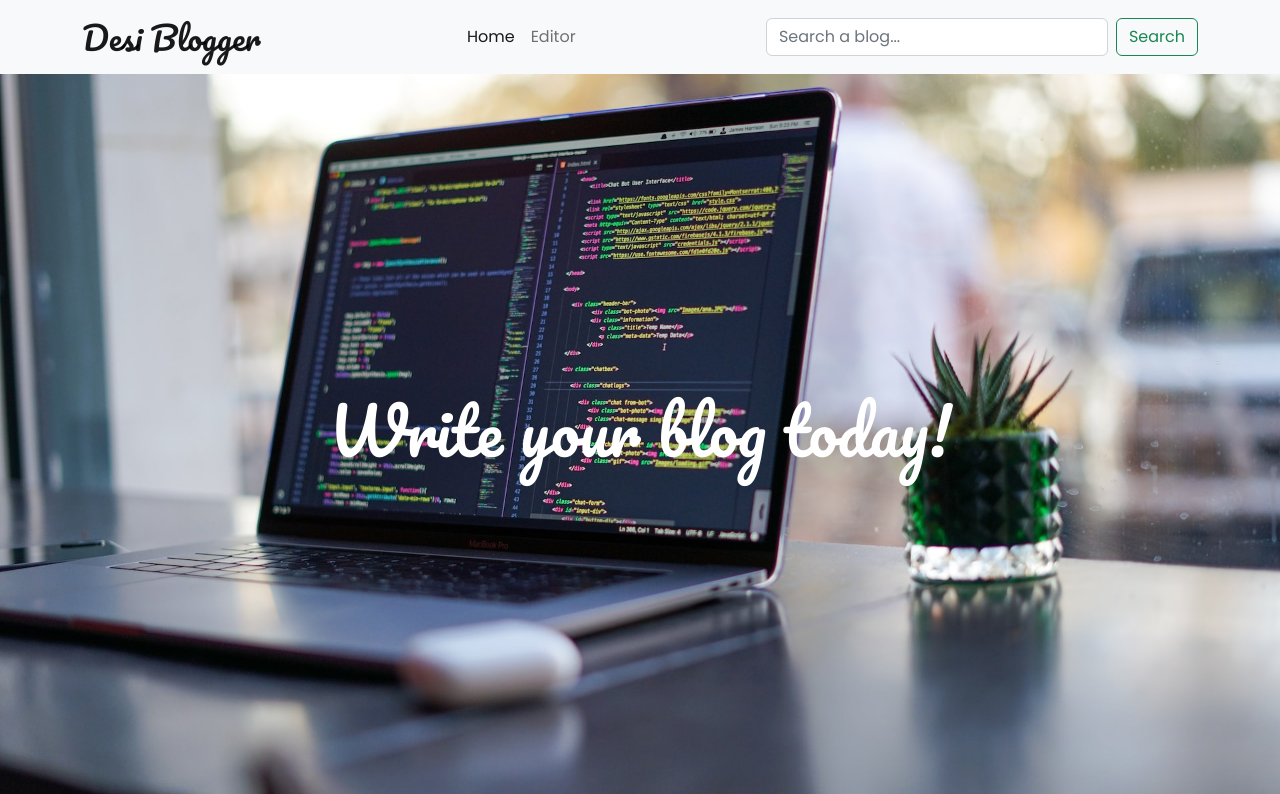
Repository: badhon252/Desi_Blogger
Page: public/home.html
An editor plug-in stored every save of this project. The page is shown before and after the next save, followed by the edit.
The browser window is 1280 px wide. The pictures show the whole page.

Above is the page before, as saved 2022-11-15 19:41:26.

### public/home.html
<!DOCTYPE html>
<html lang="en">

<head>
    <meta charset="UTF-8">
    <meta http-equiv="X-UA-Compatible" content="IE=edge">
    <meta name="viewport" content="width=device-width, initial-scale=1.0">

    <!-- favicon  -->
    <link rel="icon" sizes="180x180" href="./img/favicon_io/android-chrome-192x192.png">

    <!-- bs-5 link -->
    <link rel="stylesheet" href="https://cdn.jsdelivr.net/npm/bootstrap@5.2.2/dist/css/bootstrap.min.css">
    <!-- custom css  -->
    <link rel="stylesheet" href="css/home.css">
    <!-- fonts  -->
    <link rel="preconnect" href="https://fonts.googleapis.com">
    <link rel="preconnect" href="https://fonts.gstatic.com" crossorigin>
    <link href="https://fonts.googleapis.com/css2?family=Poppins:wght@400;500;600;700;800;900&display=swap"
        rel="stylesheet">
    <title>Desi-Blogger</title>
</head>

<body>
    <header id="header">
        <nav class="navbar navbar-expand-lg bg-light">
            <div class="container">
                <a class="navbar-brand" href="#">Desi Blogger</a>
                <button class="navbar-toggler" type="button" data-bs-toggle="collapse"
                    data-bs-target="#navbarSupportedContent" aria-controls="navbarSupportedContent"
                    aria-expanded="false" aria-label="Toggle navigation">
                    <span class="navbar-toggler-icon"></span>
                </button>
                <div class="collapse navbar-collapse" id="navbarSupportedContent">
                    <ul class="navbar-nav m-auto mb-2 mb-lg-0">
                        <li class="nav-item">
                            <a class="nav-link active" href="#">Home</a>
                        </li>
                        <li class="nav-item">
                            <a class="nav-link" href="#">Editor</a>
                        </li>

                    </ul>
                    <form class="d-flex" role="search">
                        <input class="form-control me-2" type="search" placeholder="Search a blog..."
                            aria-label="Search">
                        <button class="btn btn-outline-success" type="submit">Search</button>
                    </form>
                </div>
            </div>
        </nav>
        <section class="header-content">
            <h1>Write your blog today!</h1>
        </section>
    </header>

    <script src="https://cdn.jsdelivr.net/npm/bootstrap@5.2.2/dist/js/bootstrap.bundle.min.js"></script>
</body>

</html>

### public/css/home.css
@import url("https://fonts.googleapis.com/css2?family=Pacifico&display=swap");
* {
  margin: 0;
  padding: 0;
  box-sizing: border-box;
}

body {
  font-family: "Poppins", sans-serif;
  background-image: repeating-linear-gradient(
      45deg,
      rgb(255, 255, 255) 0px,
      rgb(255, 255, 255) 10px,
      transparent 10px,
      transparent 11px
    ),
    repeating-linear-gradient(
      135deg,
      rgb(255, 255, 255) 0px,
      rgb(255, 255, 255) 10px,
      transparent 10px,
      transparent 11px
    ),
    linear-gradient(90deg, rgba(213, 211, 217, 0.33), rgba(213, 211, 217, 0.33));
  position: relative;
}
::selection {
  background: #1b1b1b;
  color: #fff;
}

.navbar-brand {
  font-family: "Pacifico", cursive;
  font-size: 2rem;
}

.header-content {
  width: 100%;
  height: calc(100vh);
  background-image: url(../img/header-img.jpg);
  background-size: cover;
  display: flex;
  justify-content: center;
  align-items: center;
}

.header-content h1 {
  font-size: 4rem;
  color: #fff;
  text-align: center;
  font-family: "Pacifico", cursive;
}

After the next save:
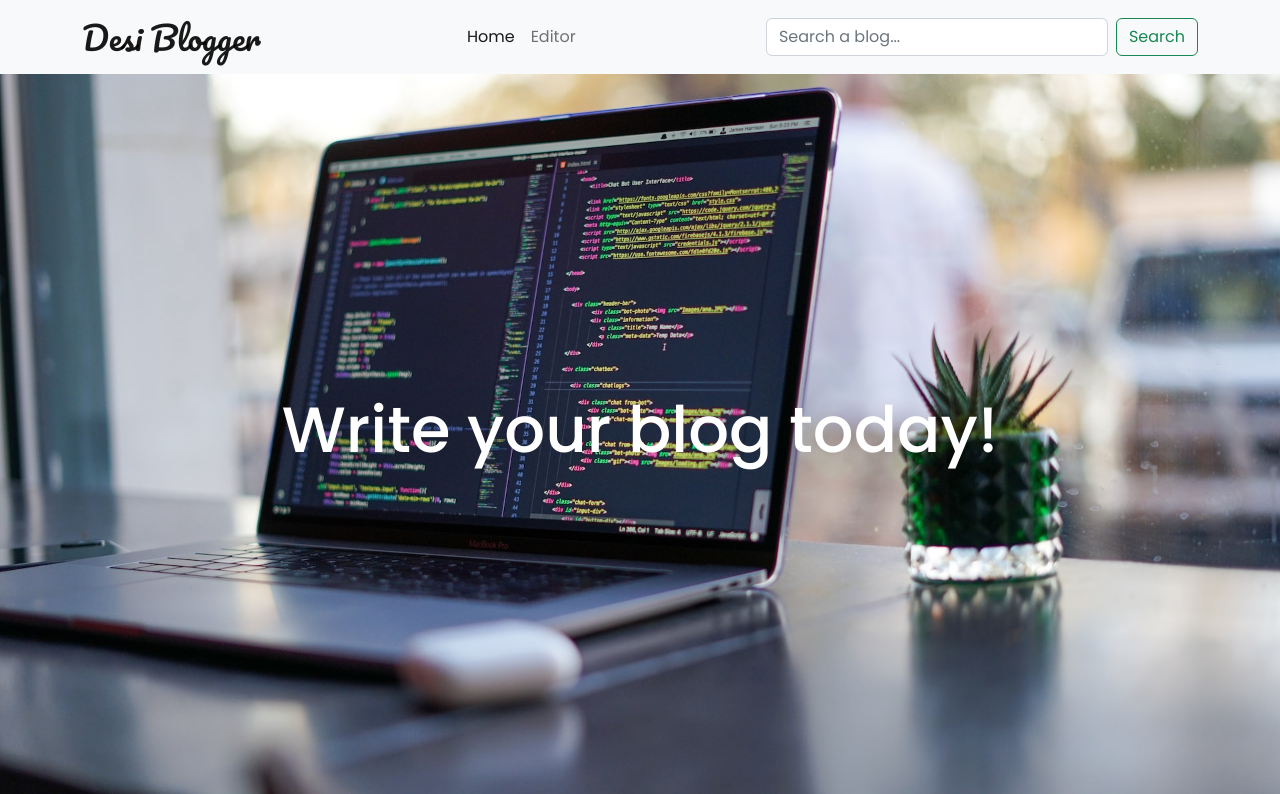
Saved 7 s later.
--- a/public/css/home.css
+++ b/public/css/home.css
@@ -48,5 +48,4 @@ body {
   font-size: 4rem;
   color: #fff;
   text-align: center;
-  font-family: "Pacifico", cursive;
 }
